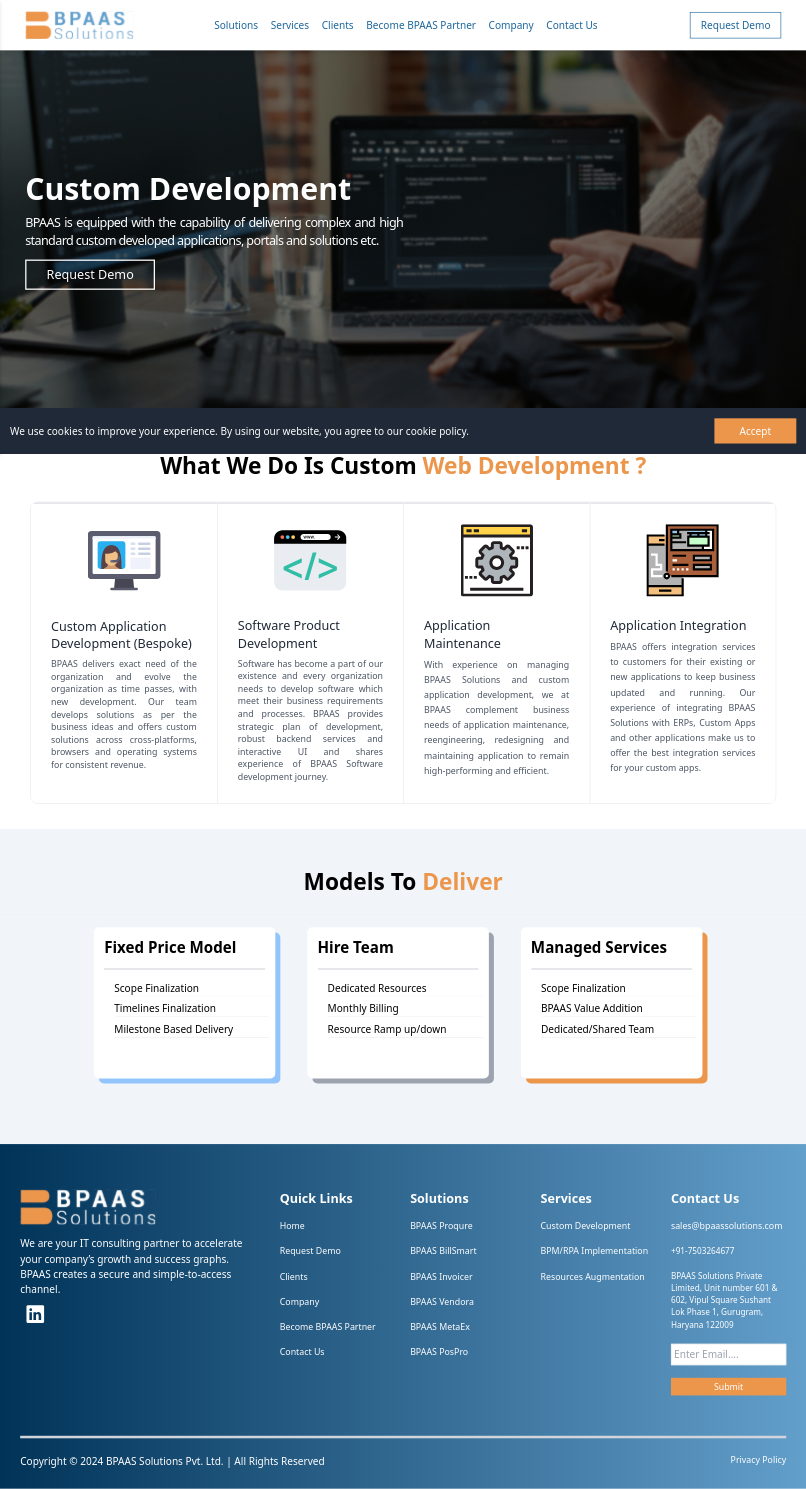
Repository: captainalpha/BP-Website
Page: /services/bp-services
An editor plug-in stored every save of this project. The page is shown before and after the next save, followed by the edit.
The browser window is 1280 px wide. The pictures show the whole page, at 63% of full size.
The project was rebuilt for these pictures with package versions that can differ from the ones it lists, and the page was loaded fresh each time. The framework's server and built-in components were replaced by stand-ins that run in the browser. Also part of the build but not shown: next.config.js.

Above is the page before, as saved 2024-08-13 13:24:11.

### pages/_app.js
import Navbar from "../components/common/Navbar";
import "../styles/globals.css";
import Footer from "../components/common/Footer";

import "swiper/css";
import "swiper/css/navigation";
import "swiper/css/pagination";



import { motion, AnimatePresence } from "framer-motion";
import CookiesMain from "../components/common/CookiesMain";

// import styles from './slider.module.scss'
function MyApp({ Component, pageProps, router }) {
  const spring = {
    type: "spring",
    damping: 20,
    stiffness: 100,
    when: "afterChildren",
  };
  return (
    <>
      <div className="z-50 scroll-smooth">
        <Navbar />
      </div>
      <AnimatePresence>
        <div className="page-transition-wrapper">
          <motion.div
            transition={spring}
            key={router.pathname}
            initial={{ y: -300, opacity: 0 }}
            animate={{ y: 0, opacity: 1 }}
            exit={{ y: 300, opacity: 0 }}
            id="page-transition-container"
          >
            <Component {...pageProps} /> <Footer />{" "}
            <CookiesMain/>
          </motion.div>
        </div>
      </AnimatePresence>
    </>
  );
}

export default MyApp;

### pages/services/bp-services.js
import TopBanner from "../../components/common/TopBanner";
import SectionHeader from "../../components/common/SectionHeader";

function BpServices() {
  return (
    <div>
      <TopBanner
        image={"/images/service1.png"}
        title="Custom Development"
        discription="BPAAS is equipped with the capability of delivering complex and high standard custom developed applications, portals and solutions etc."
      />
      <SectionHeader title="What we do is Custom " cTitle="Web Development ?" />
      {/* <hr className="pb-2 pt-0 rounded-4xl border-t-4 w-3/5 m-auto" /> */}
      <div className="py-0 overflow-hidden">
        <div className="container m-auto px-6 space-y-8 text-gray-500 md:px-12 pb-10">
          {/* <div>
            <span className="text-gray-600 text-lg font-semibold">Main features</span>
            <h2 className="mt-4 text-2xl text-gray-900 font-bold md:text-4xl">A technology-first approach to payments <br className="lg:block" hidden/> and finance</h2>
        </div> */}

          <div className=" grid border md:gap-0 gap-6  divide-x divide-y rounded-xl overflow-hidden sm:grid-cols-2 lg:divide-y-0 lg:grid-cols-2 xl:grid-cols-4">
            <div className="relative group bg-white transition hover:z-[1] hover:shadow-2xl">
              <div className="relative p-8 space-y-8 border-t-[3px] hover:border-orange">
                <img
                  // src="https://img.freepik.com/free-vector/customer-satisfaction-vector-banner_1325-2767.jpg?w=826"
                  src="/svg/customer-dev.svg"
                  className="w-1/2 mx-auto"
                  width="350"
                  height="350"
                  alt="customer-developement"
                />

                <div className="space-y-2">
                  <h5 className="text-xl text-gray-800 font-medium transition group-hover:text-yellow-600">
                    Custom Application Development (Bespoke)
                  </h5>
                  <p className="text-sm text-gray-600 text-justify font-medium">
                    BPAAS delivers exact need of the organization and evolve the
                    organization as time passes, with new development. Our team
                    develops solutions as per the business ideas and offers
                    custom solutions across cross-platforms, browsers and
                    operating systems for consistent revenue.
                  </p>
                </div>
                {/* <a href="#" className="flex justify-between items-center group-hover:text-yellow-600">
                        <span className="text-sm">Read more</span>
                        <span className="-translate-x-4 opacity-0 text-2xl transition duration-300 group-hover:opacity-100 group-hover:translate-x-0">&RightArrow;</span>
                    </a> */}
              </div>
            </div>
            <div className="relative group bg-white transition hover:z-[1] hover:shadow-2xl">
              <div className="relative p-8 space-y-8 border-t-[3px] hover:border-orange">
                <img
                  // src="https://img.freepik.com/free-vector/customer-satisfaction-vector-banner_1325-2767.jpg?w=826"
                  src="/svg/software-dev.svg"
                  className="w-1/2 mx-auto"
                  width="350"
                  height="350"
                  alt="burger illustration"
                />

                <div className="space-y-2">
                  <h5 className="text-xl text-gray-800 font-medium transition group-hover:text-yellow-600">
                    Software Product Development
                  </h5>
                  <p className="text-sm text-gray-600 text-justify font-medium">
                    Software has become a part of our existence and every
                    organization needs to develop software which meet their
                    business requirements and processes. BPAAS provides
                    strategic plan of development, robust backend services and
                    interactive UI and shares experience of BPAAS Software
                    development journey.
                  </p>
                </div>
                {/* <a href="#" className="flex justify-between items-center group-hover:text-yellow-600">
                        <span className="text-sm">Read more</span>
                        <span className="-translate-x-4 opacity-0 text-2xl transition duration-300 group-hover:opacity-100 group-hover:translate-x-0">&RightArrow;</span>
                    </a> */}
              </div>
            </div>
            <div className="relative group bg-white transition hover:z-[1] hover:shadow-2xl">
              <div className="relative p-8 space-y-8 border-t-[3px] hover:border-orange">
                <img
                  // src="https://img.freepik.com/free-vector/customer-satisfaction-vector-banner_1325-2767.jpg?w=826"
                  src="/svg/application-maintenance.svg"
                  className="w-1/2 mx-auto"
                  width="350"
                  height="350"
                  alt="burger illustration"
                />

                <div className="space-y-2">
                  <h5 className="text-xl text-gray-800 font-medium transition group-hover:text-yellow-600">
                    Application Maintenance
                  </h5>
                  <p className="text-sm text-gray-600 text-justify font-medium leading-6">
                    With experience on managing BPAAS Solutions and custom
                    application development, we at BPAAS complement business
                    needs of application maintenance, reengineering, redesigning
                    and maintaining application to remain high-performing and
                    efficient.
                  </p>
                </div>
                {/* <a href="#" className="flex justify-between items-center group-hover:text-yellow-600">
                        <span className="text-sm">Read more</span>
                        <span className="-translate-x-4 opacity-0 text-2xl transition duration-300 group-hover:opacity-100 group-hover:translate-x-0">&RightArrow;</span>
                    </a> */}
              </div>
            </div>
            <div className="relative group bg-white transition hover:z-[1] hover:shadow-2xl">
              <div className="relative p-8 space-y-8 border-t-[3px] hover:border-orange">
                <img
                  // src="https://img.freepik.com/free-vector/customer-satisfaction-vector-banner_1325-2767.jpg?w=826"
                  src="/svg/app-integration.svg"
                  className="w-1/2 mx-auto "
                  width="350"
                  height="350"
                  alt="app-integration"
                />

                <div className="space-y-2">
                  <h5 className="text-xl text-gray-800 font-medium transition group-hover:text-yellow-600">
                    Application Integration
                  </h5>
                  <p className="text-sm text-gray-600 text-justify font-medium leading-6">
                    BPAAS offers integration services to customers for their
                    existing or new applications to keep business updated and
                    running. Our experience of integrating BPAAS Solutions with
                    ERPs, Custom Apps and other applications make us to offer
                    the best integration services for your custom apps.
                  </p>
                </div>
                {/* <a href="#" className="flex justify-between items-center group-hover:text-yellow-600">
                        <span className="text-sm">Read more</span>
                        <span className="-translate-x-4 opacity-0 text-2xl transition duration-300 group-hover:opacity-100 group-hover:translate-x-0">&RightArrow;</span>
                    </a> */}
              </div>
            </div>
          </div>
        </div>
      </div>

      <div className="bg-slate-100">
        <SectionHeader title="Models to " cTitle=" Deliver" />
        {/* <hr className="pb-2 pt-0 rounded-4xl border-t-4 w-52 m-auto" /> */}
      </div>

      <div className=" bg-slate-100">
        <div className="container mx-auto max-w-5xl">
          <div className="space-y-10 sm:space-y-0 sm:grid sm:grid-cols-2 lg:grid-cols-3 md:gap-10 px-12 pb-12 pt-6 sm:p-6 lg:pb-24 justify-center items-center">
            <div className="relative">
              <div className="bg-blue-300 w-72 h-60 rounded-lg mx-auto">
                <div className="bg-white w-72 h-60 -m-2 hover:m-0 absolute rounded-lg shadow-lg hover:shadow-2xl transition-all duration-150 ease-out hover:ease-in ">
                  <h1 className="m-4 text-lg md:text-2xl font-bold">
                    Fixed Price Model
                  </h1>
                  <hr className="m-4 rounded-2xl border-t-4" />
                  {/* <p className="m-4 text-sm">Lorem Ipsum is slechts een proeftekst uit het drukkerij- en zetterijwezen. Lorem Ipsum is de standaard proeftekst in deze bedrijfstak sinds de 16e eeuw, toen een onbekende drukker een zethaak</p> */}
                  <ul className="list-none hover:list-disc ml-6 px-2">
                    <li className="font-medium">Scope Finalization </li>
                    <hr className="pb-2 rounded-2xl border-t-1" />
                    <li className="font-medium">Timelines Finalization </li>
                    <hr className="pb-2 rounded-2xl border-t-1" />
                    <li className="font-medium">Milestone Based Delivery </li>
                    <hr className="pb-2 rounded-2xl border-t-1" />
                  </ul>
                </div>
              </div>
            </div>

            <div className="relative">
              <div className="bg-gray-400 w-72 h-60 rounded-lg mx-auto">
                <div className="bg-white w-72 h-60 -m-2 hover:m-0 absolute rounded-lg shadow-lg hover:shadow-2xl transition-all duration-150 ease-out hover:ease-in ">
                  <h1 className="m-4 text-lg md:text-2xl font-bold">
                    Hire Team
                  </h1>
                  <hr className="m-4 rounded-2xl border-t-4" />
                  {/* <p className="m-4 text-sm">Lorem Ipsum is slechts een proeftekst uit het drukkerij- en zetterijwezen. Lorem Ipsum is de standaard proeftekst in deze bedrijfstak sinds de 16e eeuw, toen een onbekende drukker een zethaak</p> */}
                  <ul className="list-none hover:list-disc ml-6 px-2">
                    <li className="font-medium">Dedicated Resources </li>
                    <hr className="pb-2 rounded-2xl border-t-1" />
                    <li className="font-medium">Monthly Billing</li>
                    <hr className="pb-2 rounded-2xl border-t-1" />
                    <li className="font-medium">Resource Ramp up/down</li>
                    <hr className="pb-2 rounded-2xl border-t-1" />
                  </ul>
                </div>
              </div>
            </div>

            <div className="relative">
              <div className="bg-orange w-72 h-60 rounded-lg mx-auto">
                <div className="bg-white w-72 h-60 -m-2 hover:m-0 absolute rounded-lg shadow-lg hover:shadow-2xl transition-all duration-150 ease-out hover:ease-in ">
                  <h1 className="m-4 text-lg md:text-2xl font-bold">
                    Managed Services
                  </h1>
                  <hr className="m-4 rounded-2xl border-t-4" />
                  {/* <p className="m-4 text-sm">Lorem Ipsum is slechts een proeftekst uit het drukkerij- en zetterijwezen. Lorem Ipsum is de standaard proeftekst in deze bedrijfstak sinds de 16e eeuw, toen een onbekende drukker een zethaak</p> */}
                  <ul className="list-none hover:list-disc ml-6 px-2">
                    <li className="font-medium">Scope Finalization </li>
                    <hr className="pb-2 rounded-2xl border-t-1" />
                    <li className="font-medium">BPAAS Value Addition</li>
                    <hr className="pb-2 rounded-2xl border-t-1" />
                    <li className="font-medium">Dedicated/Shared Team</li>
                    <hr className="pb-2 rounded-2xl border-t-1" />
                  </ul>
                </div>
              </div>
            </div>
          </div>
        </div>
      </div>
    </div>
  );
}

export default BpServices;

### styles/globals.css
@tailwind base;
@tailwind components;
@tailwind utilities;

.mySwiper {
  padding: 0 3rem;
}
.swiper-button-next {
  color: white;
  font-size: 20px !important;
}
.swiper-button-prev {
  color: white;
  font-size: 20px !important;
}
.swiper-button-prev:after {
  color: white;
  font-size: 20px !important;
}
.swiper-button-next:after {
  color: white;
  font-size: 20px !important;
}
.container-bpaas{
  max-width: 1100px;
}

/* .swiper-button-prev {

  background-image: url("data:[embedded picture, 251 characters]");
} */
.swiper-button-prev:after {

  border: 2px solid white;
  border-radius: 30%;
  /* width: 25%; */
  background: #ec964c;
  padding: 20%;
}
/* .swiper-button-next {
  background-image: url("data:[embedded picture, 251 characters]");
} */
.swiper-button-next:after {

  border: 2px solid white;
  border-radius: 30%;
  /* width: 25%; */
  background: #ec964c;
  padding: 20%;
}

@media only screen and (max-width: 600px) {
  .swiper-button-next:after {
    display: none;
  }
}
@media only screen and (max-width: 600px) {
  .swiper-button-prev:after {
    display: none;
  }
}




/*OEM Modal */
@layer utilities {
  @keyframes modalOpen {
    0% {
      clip-path: polygon(0 0, 0 0, 0 100%, 0 100%);
      opacity: 0;
    }
    100% {
      clip-path: polygon(0 0, 100% 0, 100% 100%, 0 100%);
      opacity: 1;
    }
  }

  @keyframes modalClose {
    0% {
      clip-path: polygon(0 0, 100% 0, 100% 100%, 0 100%);
      opacity: 1;
    }
    100% {
      clip-path: polygon(50% 0, 50% 0, 50% 100%, 50% 100%);
      opacity: 0;
    }
  }

  .animate-modalOpen {
    animation: modalOpen 0.5s forwards;
  }

  .animate-modalClose {
    animation: modalClose 0.5s forwards;
  }

  .custom-aspect-ratio {
    box-shadow: rgba(149, 157, 165, 0.2) 0px 8px 24px;
    aspect-ratio: 3 / 2;
  }
}

### components/common/CookiesMain.js
import { useState, useEffect } from 'react';
import Cookies from 'js-cookie';


const CookiesMain = () => {
    const [showBanner, setShowBanner] = useState(false);

  useEffect(() => {
    const consent = Cookies.get('cookie-consent');
    if (!consent) {
      setShowBanner(true);
    }
  }, []);

  const acceptCookies = () => {
    Cookies.set('cookie-consent', 'true', { expires: 365 });
    setShowBanner(false);
  };

  if (!showBanner) return null;
  return (
    <>

    <div className="fixed bottom-0 left-0 right-0 bg-gray-800 text-white p-4 flex justify-between items-center z-50">
      <span>We use cookies to improve your experience. By using our website, you agree to our cookie policy.</span>
      <button
        onClick={acceptCookies}
        className="bg-orange text-white px-4 md:px-10 py-2"
      >
        Accept
      </button>
    </div>

    </>
  )
}
export default CookiesMain

### components/common/TopBanner.js
import Link from "next/link";
function TopBanner({ image, title, discription, onClick }) {
  return (
    <div
      style={{ backgroundImage: `url(${image})` }}
      className={`lg:h-[80vh] h-[60vh] mt-20 w-full text-white flex p-10 items-center bg-no-repeat bg-cover `}
    >
      <div className="space-y-4 lg:w-1/2  md:text-left">
        <h1 className="lg:text-5xl text-3xl font-bold capitalize ">{title}</h1>
        <p className="w-full lg:text-xl lg:text-justify tracking-tighter">
          {discription}
        </p>

        <Link passHref href="/request-demo">
          <button className="px-8 py-2  border-white border-2 hover:bg-orange font-medium text-xl">
            Request Demo
          </button>
        </Link>
      </div>
    </div>
  );
}

export default TopBanner;

### components/common/SectionHeader.js
function SectionHeader({ title, discription, cTitle }) {
  return (
    <div className="pt-16 pb-0 px-5  md:px-10    flex flex-col justify-center items-center text-center space-y-3">
      <h1 className="lg:text-4xl text-2xl capitalize font-bold">
        {title}
        <span className="text-orange">{cTitle}</span>
      </h1>
      <p className="text-lg text-orange font-bold font-serif  md:pb-6 ">
        {discription}
      </p>
    </div>
  );
}

export default SectionHeader;

### tailwind.config.js
module.exports = {
  content: [
    "./pages/**/*.{js,ts,jsx,tsx}",
    "./components/**/*.{js,ts,jsx,tsx}",
  ],
  theme: {
    extend: {
      keyframes: {
        modalOpen: {
          '0%': { transform: 'scale(0)', opacity: 0 },
          '100%': { transform: 'scale(1)', opacity: 1 },
        },
        modalClose: {
          '0%': { transform: 'scale(1)', opacity: 1 },

        },
        fragmentIn: {
          '0%': { opacity: 0, transform: 'translate(-50px, -50px)' },
          '100%': { opacity: 1, transform: 'translate(0, 0)' },
        },
        fragmentOut: {
          '0%': { opacity: 1, transform: 'translate(0, 0)' },
          '100%': { opacity: 0, transform: 'translate(50px, 50px)' },
        },

      },
      animation: {
        modalOpen: 'modalOpen 0.5s ease-out forwards',
        modalClose: 'modalClose 0.5s ease-in forwards',
        fragmentIn: 'fragmentIn 0.5s ease-out forwards',
        fragmentOut: 'fragmentOut 0.5s ease-in forwards',
      },
      backgroundImage: {
        "testimonial-bg": "url('/img/hero-pattern.svg')",
        "testimonial-bgs": "url('/')",
      },
      colors: {
        primary: "#013358",
        secondary: "#639FCB",
        primaryText: "#1D669C",
        orange: "#EC964C",
        glassEffect:
          "linear-gradient(105.47deg, #FFFFFF -13.63%, rgba(255, 255, 255, 0) 108.8%)",
      },
      backgroundSize: {
        "size-200": "200% 200%",
      },
      backgroundPosition: {
        "pos-0": "0% 0%",
        "pos-100": "100% 100%",
      },
    },
    variants: {
      fill: ["hover", "focus"],
    },
    boxShadow: {
      "3xl": "0 35px 60px -15px rgba(0, 0, 0, 0.3)",
    },
  },
  plugins: [],
};

Loaded but not shown: components/common/Navbar.js (726 lines, source omitted); components/common/Footer.js (194 lines, source omitted)

After the next save:
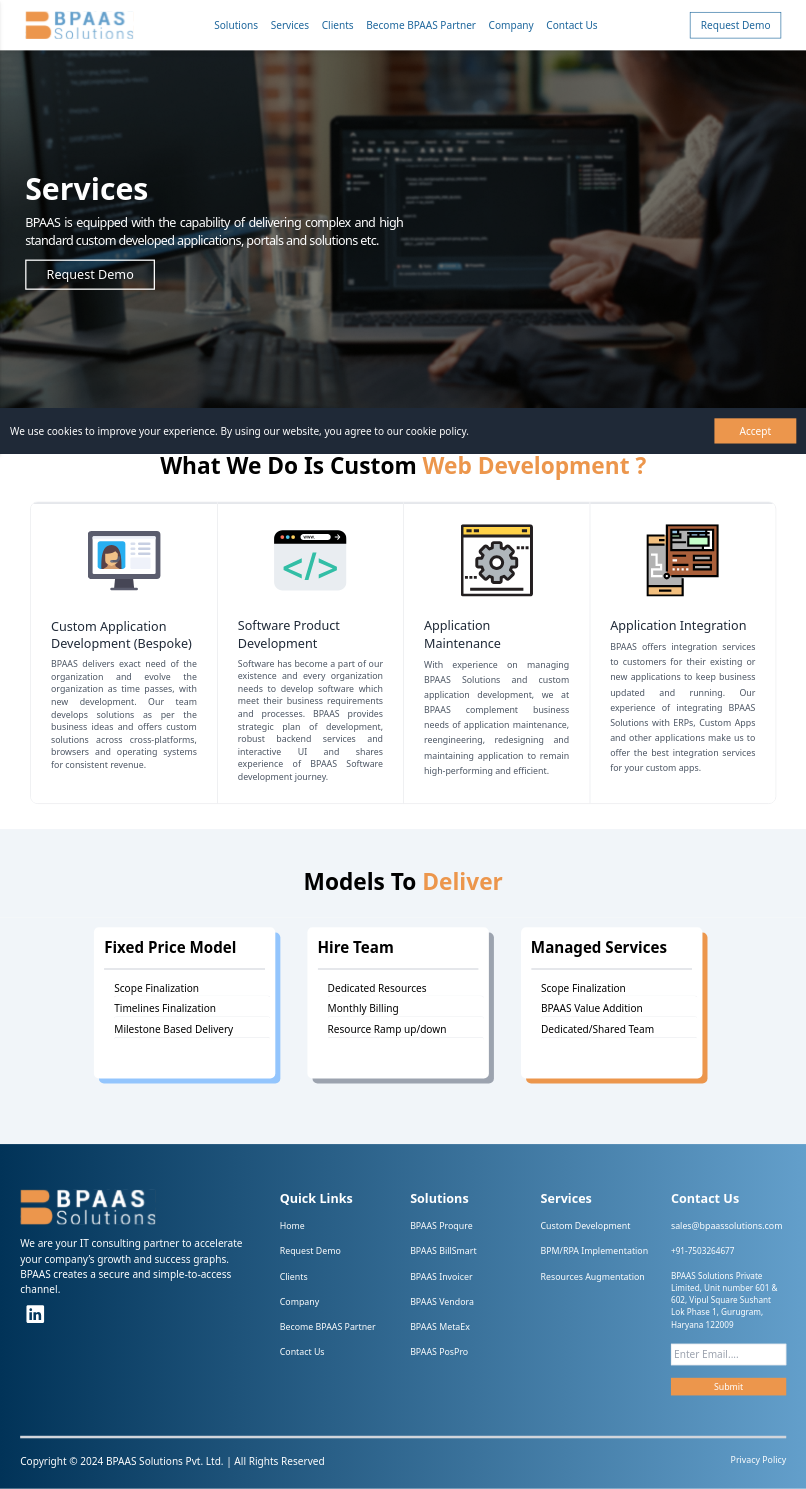
Saved 12 s later.
--- a/pages/services/bp-services.js
+++ b/pages/services/bp-services.js
@@ -6,7 +6,7 @@
     <div>
       <TopBanner
         image={"/images/service1.png"}
-        title="Custom Development"
+        title="Services"
         discription="BPAAS is equipped with the capability of delivering complex and high standard custom developed applications, portals and solutions etc."
       />
       <SectionHeader title="What we do is Custom " cTitle="Web Development ?" />
